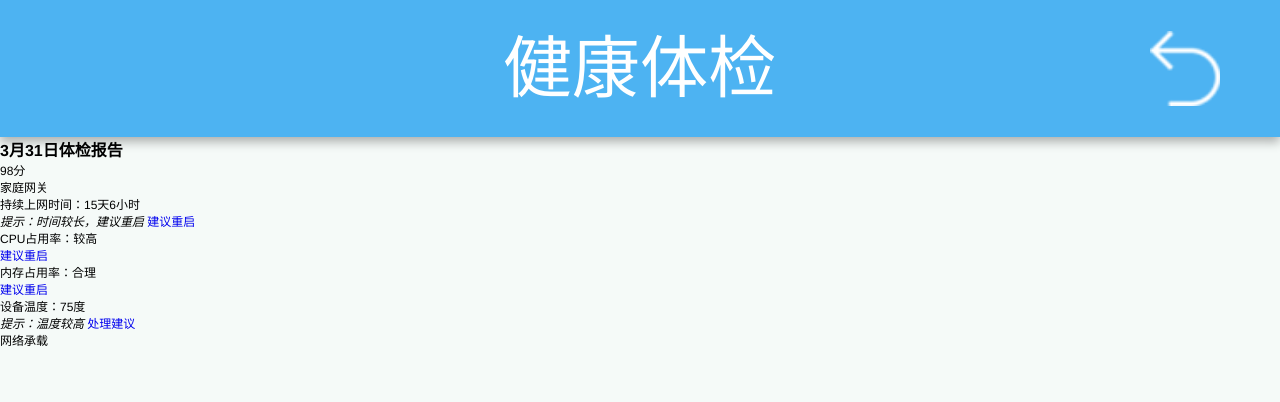
Repository: wangbiaozy/8.24
Page: index_health.html
These files come from the project's save history. The page is drawn as it stood at one moment and after the next save; the edit follows.
The browser window is 1280 px wide. The pictures show the whole page.

Above is the page before, as saved 2018-08-23 20:25:56.

### index_health.html
<!DOCTYPE html>
<html lang="en">
<head>
    <meta charset="UTF-8">
    <meta name="viewport"
          content="width=device-width, user-scalable=no, initial-scale=1.0, maximum-scale=1.0, minimum-scale=1.0">
    <title>Title</title>
    <link rel="stylesheet" href="css/reset.min.css">
    <link rel="stylesheet/less" href="css/styles_test.less">
    <script src="js/less-1.7.0.min.js"></script>
</head>
<body>
    <header>
        <p>健康体检</p>
        <a class="back" href="javascript:void(0)"></a>
    </header>
    <main>
        <div class="head">
            <h2>
                <a href=""></a>
                <p><span>3月31日</span>体检报告</p>
                <a href=""></a>
            </h2>
            <p><span>98</span>分</p>
        </div>
        <div class="title">
            <span></span>
            <p>家庭网关</p>
        </div>
        <ul>
            <li>
                <p>持续上网时间：<span>15天6小时</span></p>
                <i>提示：时间较长，建议重启</i>
                <a href="javascript:void(0)">建议重启</a>
            </li>
            <li>
                <p>CPU占用率：<span>较高</span></p>
                <a href="javascript:void(0)">建议重启</a>
            </li>
            <li>
                <p>内存占用率：<span>合理</span></p>
                <a href="javascript:void(0)">建议重启</a>
            </li>
            <li>
                <p>设备温度：<span>75度</span></p>
                <i>提示：温度较高</i>
                <a href="javascript:void(0)">处理建议</a>
            </li>
        </ul>
        <div class="title">
            <span></span>
            <p>网络承载</p>
        </div>
    </main>
</body>
</html>
<script src="js/jquery-1.10.1.min.js"></script>
<script src="js/index.js"></script>

### css/reset.min.css
@charset "utf-8";
/*默认样式清除和初始化*/
body,h1,h2,h3,h4,h5,h6,hr,p,blockquote,dl,dt,dd,ul,ol,li,button,input,textarea,th,td{margin:0;padding:0}body{font-size:12px;font-style:normal;font-family:"\5FAE\8F6F\96C5\9ED1",Helvetica,sans-serif}small{font-size:12px}h1{font-size:18px}h2{font-size:16px}h3{font-size:14px}h4,h5,h6{font-size:100%}ul,ol{list-style:none}a{text-decoration:none;background-color:transparent}a:hover,a:active{outline-width:0;text-decoration:none}table{border-collapse:collapse;border-spacing:0}hr{border:0;height:1px}img{border-style:none}img:not([src]){display:none}svg:not(:root){overflow:hidden}html{-webkit-touch-callout:none;-webkit-text-size-adjust:100%}input,textarea,button,a{-webkit-tap-highlight-color:rgba(0,0,0,0)}article,aside,details,figcaption,figure,footer,header,main,menu,nav,section,summary{display:block}audio,canvas,progress,video{display:inline-block}audio:not([controls]),video:not([controls]){display:none;height:0}progress{vertical-align:baseline}mark{background-color:#ff0;color:#000}sub,sup{position:relative;font-size:75%;line-height:0;vertical-align:baseline}sub{bottom:-0.25em}sup{top:-0.5em}button,input,select,textarea{font-size:100%;outline:0}button,input{overflow:visible}button,select{text-transform:none}textarea{overflow:auto}button,html [type="button"],[type="reset"],[type="submit"]{-webkit-appearance:button}button::-moz-focus-inner,[type="button"]::-moz-focus-inner,[type="reset"]::-moz-focus-inner,[type="submit"]::-moz-focus-inner{border-style:none;padding:0}button:-moz-focusring,[type="button"]:-moz-focusring,[type="reset"]:-moz-focusring,[type="submit"]:-moz-focusring{outline:1px dotted ButtonText}[type="checkbox"],[type="radio"]{box-sizing:border-box;padding:0}[type="number"]::-webkit-inner-spin-button,[type="number"]::-webkit-outer-spin-button{height:auto}[type="search"]{-webkit-appearance:textfield;outline-offset:-2px}[type="search"]::-webkit-search-cancel-button,[type="search"]::-webkit-search-decoration{-webkit-appearance:none}::-webkit-input-placeholder{color:inherit;opacity:.54}::-webkit-file-upload-button{-webkit-appearance:button;font:inherit}.clear:after{display:block;height:0;content:"";clear:both}
*{ -webkit-tap-highlight-color: rgba(0,0,0,0);-webkit-tap-highlight-color: transparent; /* For some Androids */ }

### js/index.js
(function (doc, win) {
    var docEl = doc.documentElement,
        resizeEvt = 'orientationchange' in window ? 'orientationchange' : 'resize',
        recalc = function () {
            var clientWidth = docEl.clientWidth;
            if (!clientWidth) return;
            docEl.style.fontSize = 100 * (clientWidth / 750) + 'px';
        };
    if (!doc.addEventListener) return;
    win.addEventListener(resizeEvt, recalc, false);
    doc.addEventListener('DOMContentLoaded', recalc, false);
})(document, window);
$(function () {

    //首页一键体检
    $('#beforeBtn').on('click',function(){
        $('.before').hide();
        $('.check').show();
        $('.progress').circleProgress({
            value: 1,
            size: 115,
            startAngle: Math.PI/2,
            thickness: 14,
            animation: {duration:12000},//进度条完成时间（ms）
            fill: {
                gradient: ["#32edfd"]
            },
            //circle-animation-start：	function(event)-event - jQ事件
            //circle-animation-progress：	function(event, animationProgress, stepValue)：-event - jQ事件 animationProgress - 从0.0到1.0stepValue - 当前的步长值，从0.0到value
            //circle-animation-end:	function(event)：-event - jQ事件
        }).on('circle-animation-progress', function (event, progress, stepValue) {
                $(this).find('span').html(parseInt(stepValue.toFixed(2) * 100));
        }).on('circle-animation-end',function(){
            $('.message').removeClass('move');
            stop();
            $('.check').hide();
            $('.result').show();
        });
        start();
        messageMove();
    });

    //远程测速
    (function () {
        try {
            $('.progress_1').circleProgress({
                value: 1,
                size: 150,
                startAngle: Math.PI / 2,
                thickness: 14,
                animation: { duration: 24000 },//进度条完成时间（ms）
                fill: {
                    gradient: ["#32edfd"]
                },
            }).on('circle-animation-progress', function (event, progress, stepValue) {
                $(this).find('span').html(parseInt(stepValue.toFixed(2) * 100));
            }).on('circle-animation-end', function () {
                stop();
                $('.result_1').show();
                /* if(success){
                    $('.result_1').show();
                }else{
                    $('.result_2').show();
                } */
            });
            start();
        } catch{ }
    })();

    //优化按钮显示优化弹窗
    $('#showOptimizeTcBtn').on('click',function(){
        $('.tc_optimize').show();
    });


    //检查项滚动
    var messageInnerText = '1111';
    function messageScroll(){
        $('.message').children('li:first-child').remove();
        $('.message').append('<li>'+messageInnerText+'</li>');
        if(!$('.message').hasClass('move')){
            window.clearInterval(timer);
        }
    }
    function messageMove(){
        timer = window.setInterval(messageScroll,500);
    }


    //检测时间
    var hour,minute,second;
    hour=minute=second=0;
    var millisecond=0;
    var int;
    function start(){
        int=setInterval(times,50);
    }
    function times(){
        millisecond=millisecond+50;
        if(millisecond>=1000){
            millisecond=0;
            second=second+1;
        }
        if(second>=60){
            second=0;
            minute=minute+1;
        }

        if(minute>=60){
            minute=0;
            hour=hour+1;
        }
      $('#timeText').text((hour<10?"0"+hour:hour)+':'+(minute<10?"0"+minute:minute)+':'+(second<10?"0"+second:second));
    }
    function stop(){
        window.clearInterval(int);
    }


    //查看详细清单下拉
    $('.arrow').on('click',function(){
        var $this = $(this),
            $listBox = $(this).siblings('div');
        $listBox.slideToggle("normal",function(){
            if($listBox.css('display') === 'block'){
                $this.addClass('act');
                $this.siblings('p').css('opacity','0');
            }else{
                $this.removeClass('act');
                $this.siblings('p').css('opacity','1');
            }
        });
    });



    //网关重启 WIFI开关 LED指示灯开关 查看黑名单
    $('#controlBox').on('click','a',function(){
        var $this = $(this);
        if($this.hasClass('off')){
            $this.removeClass('off');
        }else{
            $this.addClass('off');
        }
    });

    $('#look_blacklist').on('click',function(){
        $('.blacklistModel').show();
    });

    //返回
    $('.back').on('click',function(){
        window.history.go(-1);
    });
    //关闭弹窗
    $('.close').on('click',function(){
        $(this).parent().hide();
        hideMask();
    });
    //显示遮罩层
    function showMask(){
        $("#mask").css("height",$(document).height());
        $("#mask").css("width",$(document).width());
        $("#mask").show();
        $('body').css('position','fixed');
    }
    //隐藏遮罩层
    function hideMask(){
        $("#mask").hide();
        $('body').css('position','unset');
    }
});

Loaded but not shown: js/less-1.7.0.min.js (library); js/jquery-1.10.1.min.js (library)

After the next save:
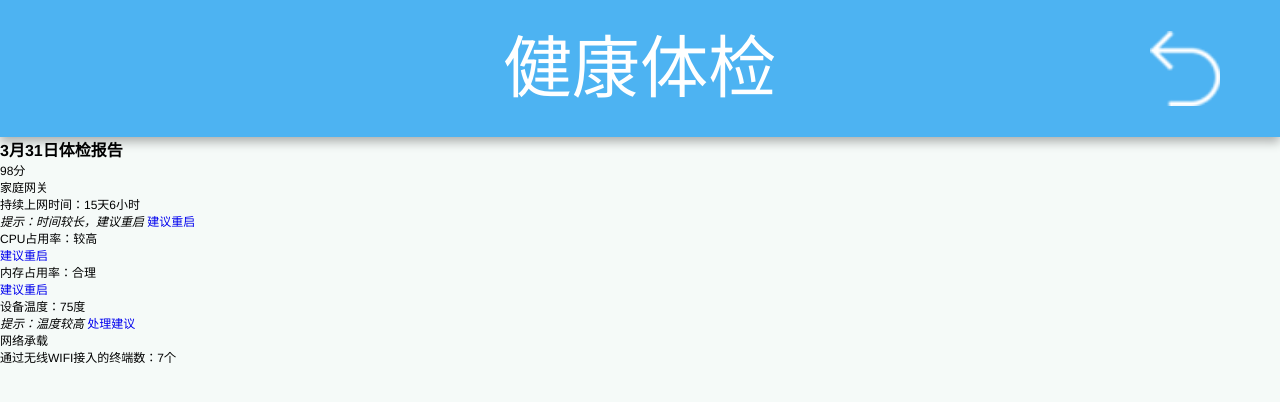
Saved 41 s later.
--- a/index_health.html
+++ b/index_health.html
@@ -51,6 +51,11 @@
             <span></span>
             <p>网络承载</p>
         </div>
+        <ul>
+            <li>
+                <p>通过无线WIFI接入的终端数：<span>7个</span></p>
+            </li>
+        </ul>
     </main>
 </body>
 </html>
